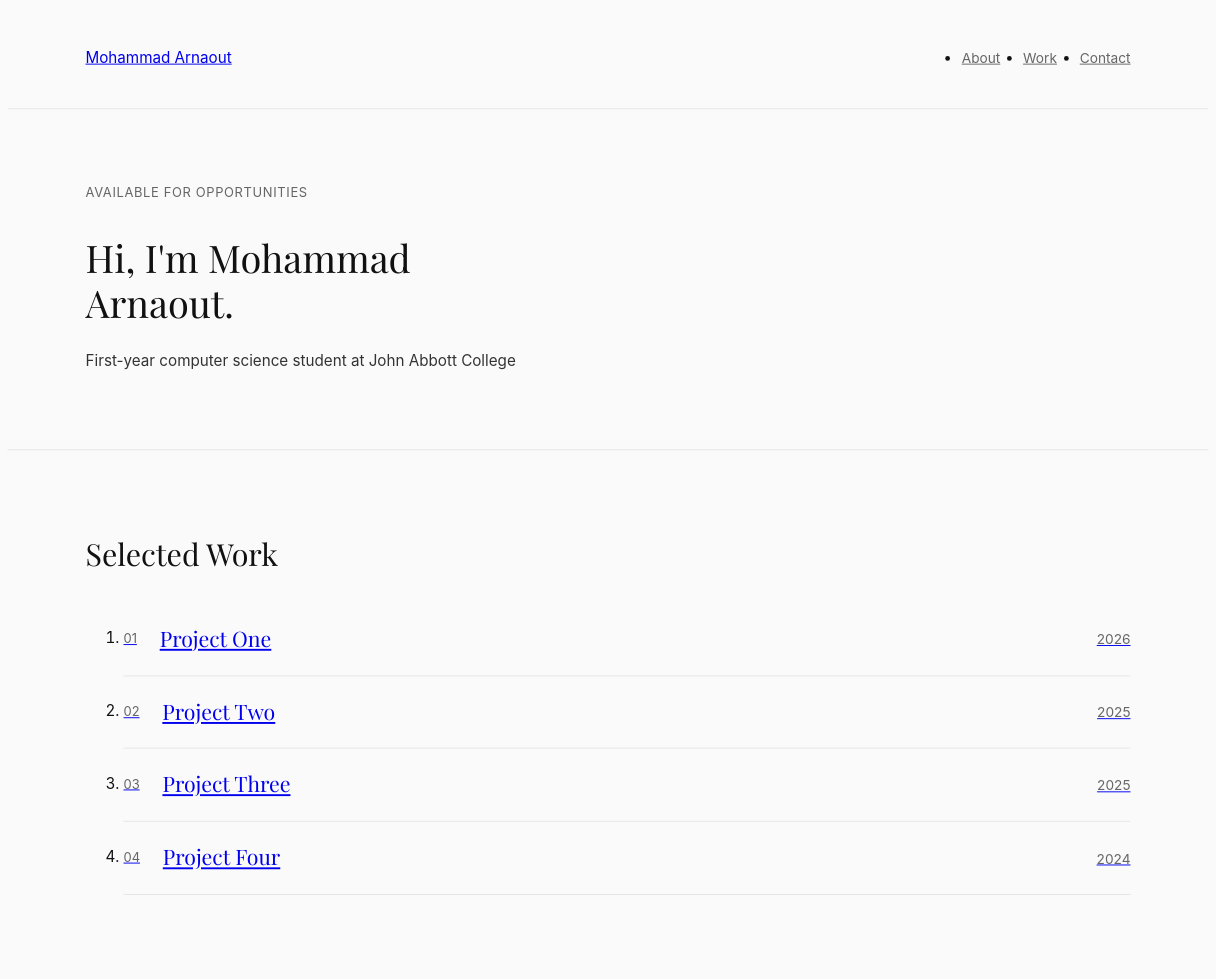
Repository: Moh-Arna/Moh-Arna
Page: index.html
These files come from the project's save history. The page is drawn as it stood at one moment and after the next save; the edit follows.
The browser window is 1280 px wide. The pictures show the whole page, at 95% of full size.
Some web fonts or font styles are not loaded; a fallback is used.

Above is the page before, as saved 2026-04-22 10:19:03.

### index.html
<!DOCTYPE html>
<html lang=""en>
<head>
  <meta charset="UTF-8">
  <meta name="viewport" content="width=device-width, initial-scale=1.0">
  <title>[Mohammad Arnaout] — Portfolio</title>

  <link rel="stylesheet" href="styles/globals.css">
  <link rel="stylesheet" href="styles/index.css">
</head>

<body>

    <header class="header">

    <div class="container header-inner">

        <a href="/" class="name">Mohammad Arnaout</a>

        <nav aria-label="Main Navigation">

            <ul class="nav">

                <li>
                    <a href="#about">About</a>
                </li>

                <li>
                    <a href="#work">Work</a>
                </li>

                <li>
                    <a href="#contact">Contact</a>
                </li>

            </ul>

        </nav>

    </div>

</header>

<main>

    <section class="hero">

        <div class="container">
            <p class="top-paragraph">Available for opportunities</p>
            <h1>Hi, I'm Mohammad Arnaout.</h1>
            <p class="bottom-paragraph">First-year computer science student at John Abbott College</p>
        </div>

    </section>

    <section class="work">
      <div class="container">
        <h2 class="section-title">Selected Work</h2>
        <ol class="work-list">
          <li>
            <a href="project-details.html" class="work-item">
              <span class="work-number">01</span>
              <span class="work-title">Project One</span>
              <span class="work-year">2026</span>
            </a>
          </li>
          <li>
            <a href="project-details.html" class="work-item">
              <span class="work-number">02</span>
              <span class="work-title">Project Two</span>
              <span class="work-year">2025</span>
            </a>
          </li>
          <li>
            <a href="project-details.html" class="work-item">
              <span class="work-number">03</span>
              <span class="work-title">Project Three</span>
              <span class="work-year">2025</span>
            </a>
          </li>
          <li>
            <a href="project-details.html" class="work-item">
              <span class="work-number">04</span>
              <span class="work-title">Project Four</span>
              <span class="work-year">2024</span>
            </a>
          </li>
        </ol>
      </div>
    </section>


</main>

</body>

</html>

### styles/globals.css
@font-face {
  font-family: 'Playfair Display';
  src: url('../assets/fonts/Playfair_Display/PlayfairDisplay-VariableFont_wght.ttf') format('woff2');
  font-weight: 400;
  font-style: normal;
  font-display: swap;
}

@font-face {
  font-family: 'Playfair Display';
  src: url('../assets/fonts/Playfair_Display/PlayfairDisplay-Italic-VariableFont_wght.ttf') format('woff2');
  font-weight: 400;
  font-style: italic;
  font-display: swap;
}

@font-face {
  font-family: 'Inter';
  src: url('../assets/fonts/Inter/Inter-VariableFont_opsz\,wght.ttf') format('woff2');
  font-weight: 400;
  font-style: normal;
  font-display: swap;
}

@font-face {
  font-family: 'Inter';
  src: url('../assets/fonts/Inter/Inter-Italic-VariableFont_opsz\,wght.ttf') format('woff2');
  font-weight: 500;
  font-style: normal;
  font-display: swap;
}

:root{
    --bg:#fafafa;
    --text: #111;
    --muted: #666;
    --border: #e5e5e5;
}

body{
    font-family: 'Inter', sans-serif;
    background-color: var(--bg);
    color: var(--text);
    line-height: 1.6;
}

h1, h2, h3{
    font-family: 'PlayFair Display', serif;
    font-weight: 400;
    line-height: 1.2;
}

.container{
    max-width: 1100px;
    margin: 0 auto;
    padding: 0 1.5rem;
}

### styles/index.css
.header{
    padding: 1.5rem 0;
    border-bottom: 1px solid var(--border);
}

.header-inner{
    display: flex;
    justify-content: space-between;
    align-items: center;
}

.nav{
    display: flex;
    gap: 1.5rem;
}

.nav a{
    color: var(--muted);
    font-size: 0.9rem;
}

.nav a:hover{
    color: var(--text);
}


.hero {
    padding: 4rem 0.5rem;
}

.top-paragraph{
    font-size: 0.85rem;
    color: var(--muted);
    text-transform: uppercase;
    letter-spacing: 0.05em;
    margin-bottom: 1.5rem;
}

.hero h1{
    font-size: 2.5rem;
    margin-bottom: 1.5rem;
    max-width: 18ch;
}

.bottom-paragraph{
    color: #333;
    max-width: 50ch;
}

.work{
    padding: 4rem 0;
    border-top: 1px solid var(--border);
}

.section-title{
    font-size: 2rem;
    margin-bottom: 2rem;
}

.work-list li{
    border-bottom: 1px solid var(--border);
}

.work-item{
    display: flex;
    align-items: center;
    gap: 1.5rem;
    padding: 1.25rem 0;
    transition: padding 0.2s;
}

.work-item:hover{
    padding-left: 0.5rem;
}

.work-number{
    color: var(--muted);
    font-size: 0.85rem;
}

.work-title{
    font-family: 'Playfair Display', serif;
    font-size: 1.4rem;
    flex: 1;
}

.work-year{
    color: var(--muted);
    font-size: 0.9rem;
}

After the next save:
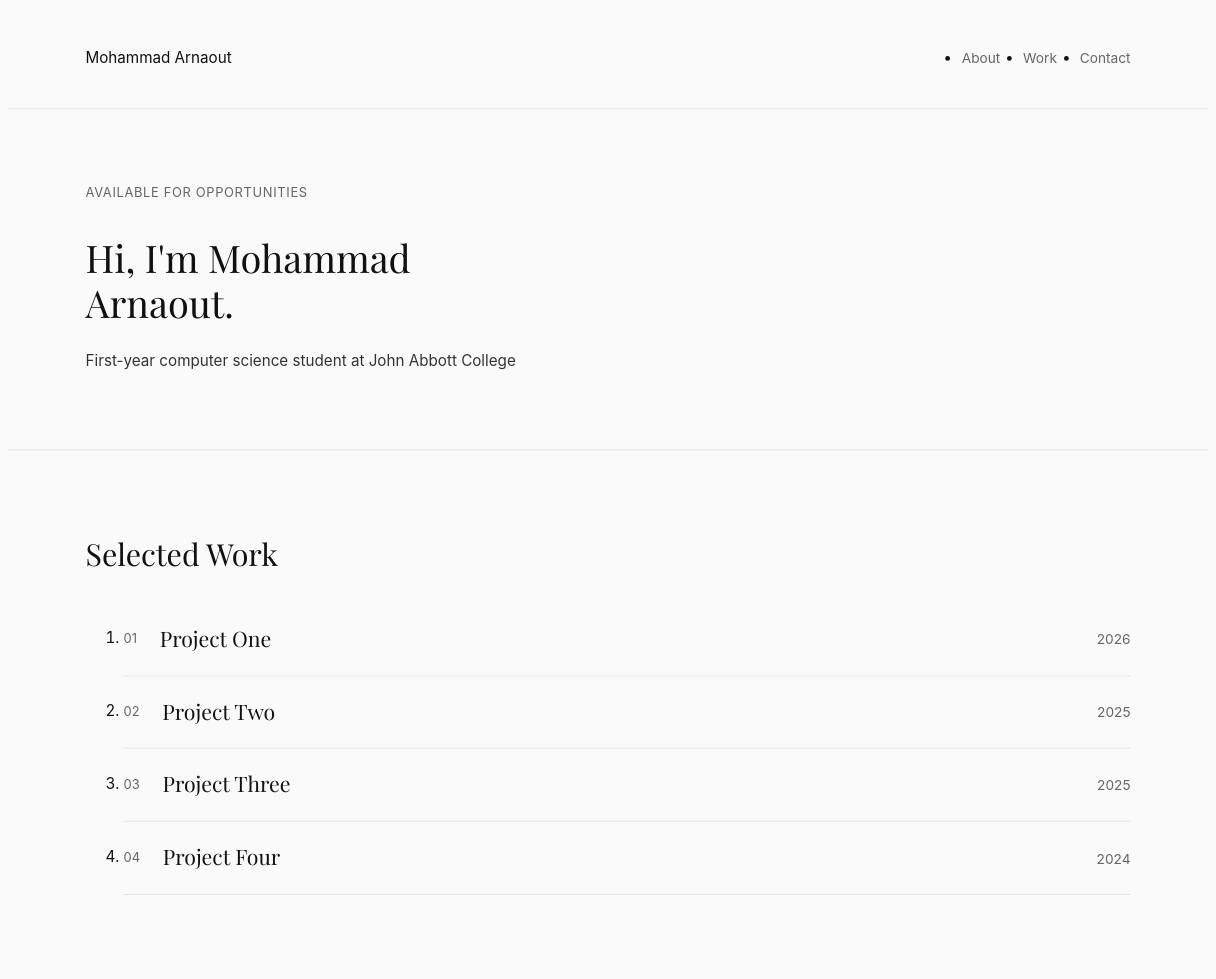
Saved 26 s later.
--- a/styles/globals.css
+++ b/styles/globals.css
@@ -44,6 +44,11 @@ body{
     line-height: 1.6;
 }
 
+a{
+  color: inherit;
+  text-decoration: none;;
+}
+
 h1, h2, h3{
     font-family: 'PlayFair Display', serif;
     font-weight: 400;
